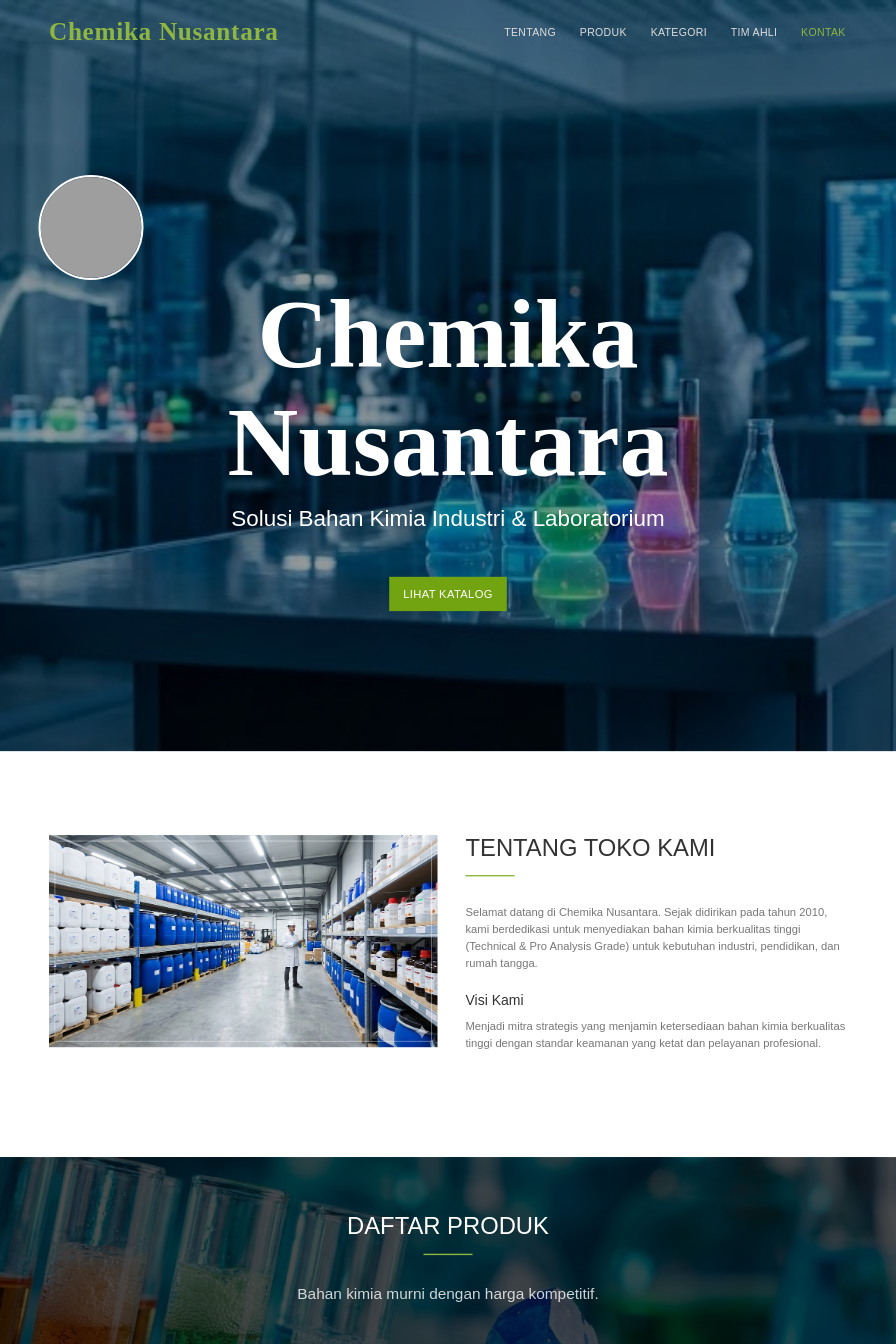
Repository: fzan-ghlii/mystore
Page: index.html
These files come from the project's save history. The page is drawn as it stood at one moment and after a run of saves; the edit follows.
The browser window is 1280 px wide. The pictures show the part of the page from y = 0 to 1920 px (the page is 5593 px tall before and 5120 px after), at 70% of full size.
Pictures or frames that could not be fetched are drawn as grey boxes. A picture or video elsewhere on the page could not be fetched, so the positions and the page height are approximate. Backgrounds fixed to the window are drawn as part of the page. Some web fonts or font styles are not loaded; a fallback is used.

Above is the page before, as saved 2025-11-26 10:43:07.
Console error: ReferenceError: refresh is not defined

### index.html
<!DOCTYPE html>
<html lang="en">
<head>
<meta charset="utf-8">
<meta name="viewport" content="width=device-width, initial-scale=1">
<title>Chemika Nusantara</title>
<meta name="description" content="Toko Bahan Kimia Terlengkap">
<meta name="author" content="">

<!-- Favicons
    ================================================== -->
<link rel="shortcut icon" href="img/favicon.ico" type="image/x-icon">
<link rel="apple-touch-icon" href="img/apple-touch-icon.png">
<link rel="apple-touch-icon" sizes="72x72" href="img/apple-touch-icon-72x72.png">
<link rel="apple-touch-icon" sizes="114x114" href="img/apple-touch-icon-114x114.png">

<!-- Bootstrap -->
<link rel="stylesheet" type="text/css"  href="css/bootstrap.css">
<link rel="stylesheet" type="text/css" href="fonts/font-awesome/css/font-awesome.css">

<!-- Stylesheet
    ================================================== -->
<link rel="stylesheet" type="text/css"  href="css/style.css">
<link rel="stylesheet" type="text/css" href="css/nivo-lightbox/nivo-lightbox.css">
<link rel="stylesheet" type="text/css" href="css/nivo-lightbox/default.css">
<link href="https://fonts.googleapis.com/css?family=Raleway:300,400,500,600,700" rel="stylesheet">
<link href="https://fonts.googleapis.com/css?family=Open+Sans:300,400,600,700" rel="stylesheet">
<link href="https://fonts.googleapis.com/css?family=Dancing+Script:400,700" rel="stylesheet">

<!-- HTML5 shim and Respond.js for IE8 support of HTML5 elements and media queries -->
<!-- WARNING: Respond.js doesn't work if you view the page via file:// -->
<!--[if lt IE 9]>
      <script src="https://oss.maxcdn.com/html5shiv/3.7.2/html5shiv.min.js"></script>
      <script src="https://oss.maxcdn.com/respond/1.4.2/respond.min.js"></script>
    <![endif]-->
</head>
<body id="page-top" data-spy="scroll" data-target=".navbar-fixed-top">
<!-- Navigation
    ==========================================-->
<nav id="menu" class="navbar navbar-default navbar-fixed-top">
  <div class="container">
    <!-- Brand and toggle get grouped for better mobile display -->
    <div class="navbar-header">
      <button type="button" class="navbar-toggle collapsed" data-toggle="collapse" data-target="#bs-example-navbar-collapse-1"> <span class="sr-only">Toggle navigation</span> <span class="icon-bar"></span> <span class="icon-bar"></span> <span class="icon-bar"></span> </button>
      <a class="navbar-brand page-scroll" href="#page-top">Chemika Nusantara</a> </div>

    <!-- Collect the nav links, forms, and other content for toggling -->
    <div class="collapse navbar-collapse" id="bs-example-navbar-collapse-1">
      <ul class="nav navbar-nav navbar-right">
        <li><a href="#about" class="page-scroll">Tentang</a></li>
        <li><a href="#restaurant-menu" class="page-scroll">Produk</a></li>
        <li><a href="#portfolio" class="page-scroll">Kategori</a></li>
        <li><a href="#team" class="page-scroll">Tim Ahli</a></li>
        <li><a href="#contact" class="page-scroll">Kontak</a></li>
      </ul>
    </div>
    <!-- /.navbar-collapse -->
  </div>
</nav>
<!-- Header -->
<header id="header">
  <div class="intro">
    <div class="overlay">
      <div class="container">
        <div class="row">
          <div class="intro-text">
            <img src="img/logo.png"
                alt="Logo Chemika Nusantara"
                style="width: 150px;
            height: 150px;
            border-radius: 50%;
            object-fit: cover;
            border: 3px solid #fff;
            display: block;
            margin: 0 auto 20px auto;">
            <h1>Chemika Nusantara</h1>
            <p>Solusi Bahan Kimia Industri & Laboratorium</p>
            <a href="#restaurant-menu" class="btn btn-custom btn-lg page-scroll">Lihat Katalog</a> </div>
        </div>
      </div>
    </div>
  </div>
</header>
<!-- About Section -->
<div id="about">
  <div class="container">
    <div class="row">
      <div class="col-xs-12 col-md-6 ">
        <div class="about-img"><img src="img/about.jpg" class="img-responsive" alt=""></div>
      </div>
      <div class="col-xs-12 col-md-6">
        <div class="about-text">
          <h2>Tentang Toko Kami</h2>
          <hr>
          <p>Selamat datang di Chemika Nusantara. Sejak didirikan pada tahun 2010, kami berdedikasi untuk menyediakan bahan kimia berkualitas tinggi (Technical & Pro Analysis Grade) untuk kebutuhan industri, pendidikan, dan rumah tangga.</p>
          <h3>Visi Kami</h3>
          <p>Menjadi mitra strategis yang menjamin ketersediaan bahan kimia berkualitas tinggi dengan standar keamanan yang ketat dan pelayanan profesional.</p>
        </div>
      </div>
    </div>
  </div>
</div>
<!-- Restaurant Menu Section -->
<div id="restaurant-menu">
  <div class="section-title text-center center">
    <div class="overlay">
      <h2>Daftar Produk</h2>
      <hr>
      <p>Bahan kimia murni dengan harga kompetitif.</p>
    </div>
  </div>
  <div class="container">
    <div class="row">
      <div class="col-xs-12 col-sm-6">
        <div class="menu-section">
          <h2 class="menu-section-title">Bahan Cair</h2>
          <hr>
          <div class="menu-item">
            <div class="menu-item-name"> Alkohol 96% (Etanol) </div>
            <div class="menu-item-price"> Rp 45.000 </div>
            <div class="menu-item-description"> Food grade, cocok untuk antiseptik, pelarut parfum, dan ekstraksi. </div>
          </div>
          <div class="menu-item">
            <div class="menu-item-name"> Aquadest (Air Murni) </div>
            <div class="menu-item-price"> Rp 10.000 </div>
            <div class="menu-item-description"> Air distilasi bebas mineral untuk pelarut laboratorium dan air aki. </div>
          </div>
          <div class="menu-item">
            <div class="menu-item-name"> Hidrogen Peroksida </div>
            <div class="menu-item-price"> Rp 30.000 </div>
            <div class="menu-item-description"> H2O2 50%. Pemutih kuat dan disinfektan industri. </div>
          </div>
          <div class="menu-item">
            <div class="menu-item-name"> Asam Sulfat (H2SO4) </div>
            <div class="menu-item-price"> Rp 35.000 </div>
            <div class="menu-item-description"> Air keras teknis untuk kebutuhan industri dan pembersih logam. </div>
          </div>
        </div>
      </div>
      <div class="col-xs-12 col-sm-6">
        <div class="menu-section">
          <h2 class="menu-section-title">Bahan Padat</h2>
          <hr>
          <div class="menu-item">
            <div class="menu-item-name"> Soda Api (NaOH) </div>
            <div class="menu-item-price"> Rp 25.000 </div>
            <div class="menu-item-description"> Bentuk serpih (flake). Efektif untuk saluran mampet dan pembuatan sabun. </div>
          </div>
          <div class="menu-item">
            <div class="menu-item-name"> Texapon N70 </div>
            <div class="menu-item-price"> Rp 28.000 </div>
            <div class="menu-item-description"> Gel surfaktan pembusa utama untuk pembuatan sabun cuci piring/shampo. </div>
          </div>
          <div class="menu-item">
            <div class="menu-item-name"> Kaporit Tablet </div>
            <div class="menu-item-price"> Rp 35.000 </div>
            <div class="menu-item-description"> Kalsium Hipoklorit untuk penjernih air kolam renang dan desinfektan. </div>
          </div>
          <div class="menu-item">
            <div class="menu-item-name"> Citric Acid (Sitrun) </div>
            <div class="menu-item-price"> Rp 18.000 </div>
            <div class="menu-item-description"> Food grade. Pengatur keasaman makanan dan pembersih kerak. </div>
          </div>
        </div>
      </div>
    </div>
  </div>
</div>
<!-- Portfolio Section -->
<div id="portfolio">
  <div class="section-title text-center center">
    <div class="overlay">
      <h2>Klasifikasi Bahan</h2>
      <hr>
      <p>Telusuri produk berdasarkan kegunaan dan jenisnya.</p>
    </div>
  </div>
  <div class="container">
    <div class="row">
      <div class="categories">
        <ul class="cat">
          <li>
            <ol class="type">
              <!-- PERHATIAN: Class data-filter (breakfast, lunch, dinner) TIDAK SAYA UBAH -->
              <!-- Agar javascript tetap jalan. Tapi Teks Tampilannya saya ganti sesuai Chemika -->
              <li><a href="#" data-filter="*" class="active">Semua</a></li>
              <li><a href="#" data-filter=".breakfast">Industri</a></li>
              <li><a href="#" data-filter=".lunch">Laboratorium</a></li>
              <li><a href="#" data-filter=".dinner">Rumah Tangga</a></li>
            </ol>
          </li>
        </ul>
        <div class="clearfix"></div>
      </div>
    </div>
    <div class="row">
      <div class="portfolio-items">
        <!-- Item Group 1: Breakfast = Industri -->
        <div class="col-sm-6 col-md-4 col-lg-4 breakfast">
          <div class="portfolio-item">
            <div class="hover-bg"> <a href="img/portfolio/pupuk.jpg" title="Pupuk & Pertanian" data-lightbox-gallery="gallery1">
              <div class="hover-text">
                <h4>Pertanian</h4>
              </div>
              <img src="img/portfolio/pupuk.jpg" class="img-responsive" alt="Project Title"> </a> </div>
          </div>
        </div>
        <!-- Item Group 2: Dinner = Rumah Tangga -->
        <div class="col-sm-6 col-md-4 col-lg-4 dinner">
          <div class="portfolio-item">
            <div class="hover-bg"> <a href="img/portfolio/cairan.jpg" title="Pembersih Lantai" data-lightbox-gallery="gallery1">
              <div class="hover-text">
                <h4>Pembersih</h4>
              </div>
              <img src="img/portfolio/cairan.jpg" class="img-responsive" alt="Project Title"> </a> </div>
          </div>
        </div>
        <!-- Item Group 3: Breakfast = Industri -->
        <div class="col-sm-6 col-md-4 col-lg-4 breakfast">
          <div class="portfolio-item">
            <div class="hover-bg"> <a href="img/portfolio/pac.jpg" title="Water Treatment (PAC)" data-lightbox-gallery="gallery1">
              <div class="hover-text">
                <h4>Limbah</h4>
              </div>
              <img src="img/portfolio/pac.jpg" class="img-responsive" alt="Project Title"> </a> </div>
          </div>
        </div>
        <!-- Item Group 4: Lunch = Laboratorium -->
        <div class="col-sm-6 col-md-4 col-lg-4 lunch">
          <div class="portfolio-item">
            <div class="hover-bg"> <a href="img/portfolio/botol.jpg" title="Reagen Analisis" data-lightbox-gallery="gallery1">
              <div class="hover-text">
                <h4>Reagen Kimia</h4>
              </div>
              <img src="img/portfolio/botol.jpg" class="img-responsive" alt="Project Title"> </a> </div>
          </div>
        </div>
        <!-- Item Group 5: Dinner = Rumah Tangga -->
        <div class="col-sm-6 col-md-4 col-lg-4 dinner">
          <div class="portfolio-item">
            <div class="hover-bg"> <a href="img/portfolio/parfum.jpg" title="Bibit Parfum" data-lightbox-gallery="gallery1">
              <div class="hover-text">
                <h4>Parfum</h4>
              </div>
              <img src="img/portfolio/parfum.jpg" class="img-responsive" alt="Project Title"> </a> </div>
          </div>
        </div>
        <!-- Item Group 6: Lunch = Laboratorium -->
        <div class="col-sm-6 col-md-4 col-lg-4 lunch">
          <div class="portfolio-item">
            <div class="hover-bg"> <a href="img/portfolio/lab.jpg" title="Gelas Ukur & Tabung" data-lightbox-gallery="gallery1">
              <div class="hover-text">
                <h4>Alat Gelas</h4>
              </div>
              <img src="img/portfolio/lab.jpg" class="img-responsive" alt="Project Title"> </a> </div>
          </div>
        </div>
        <!-- Item Group 7: Lunch = Laboratorium -->
        <div class="col-sm-6 col-md-4 col-lg-4 lunch">
          <div class="portfolio-item">
            <div class="hover-bg"> <a href="img/portfolio/07-large.jpg" title="Mikroskop" data-lightbox-gallery="gallery1">
              <div class="hover-text">
                <h4>Alat Optik</h4>
              </div>
              <img src="img/portfolio/07-small.jpg" class="img-responsive" alt="Project Title"> </a> </div>
          </div>
        </div>
        <!-- Item Group 8: Breakfast = Industri -->
        <div class="col-sm-6 col-md-4 col-lg-4 breakfast">
          <div class="portfolio-item">
            <div class="hover-bg"> <a href="img/portfolio/08-large.jpg" title="Pelapis Logam" data-lightbox-gallery="gallery1">
              <div class="hover-text">
                <h4>Logam</h4>
              </div>
              <img src="img/portfolio/08-small.jpg" class="img-responsive" alt="Project Title"> </a> </div>
          </div>
        </div>
        <!-- Item Group 9: Dinner = Rumah Tangga -->
        <div class="col-sm-6 col-md-4 col-lg-4 dinner">
          <div class="portfolio-item">
            <div class="hover-bg"> <a href="img/portfolio/09-large.jpg" title="Deterjen Cair" data-lightbox-gallery="gallery1">
              <div class="hover-text">
                <h4>Sabun</h4>
              </div>
              <img src="img/portfolio/09-small.jpg" class="img-responsive" alt="Project Title"> </a> </div>
          </div>
        </div>
      </div>
    </div>
  </div>
</div>
<!-- Team Section -->
<div id="team" class="text-center">
  <div class="overlay">
    <div class="container">
      <div class="col-md-10 col-md-offset-1 section-title">
        <h2>Tim Ahli Kami</h2>
        <hr>
        <p>Didukung oleh tenaga profesional di bidang kimia dan farmasi.</p>
      </div>
      <div id="row">
        <div class="col-md-4 team">
          <div class="thumbnail">
            <div class="team-img"><img src="img/team/01.jpg" alt="..."></div>
            <div class="caption">
              <h3>Dr. Hendra</h3>
              <p>Kepala Laboratorium</p>
            </div>
          </div>
        </div>
        <div class="col-md-4 team">
          <div class="thumbnail">
            <div class="team-img"><img src="img/team/02.jpg" alt="..."></div>
            <div class="caption">
              <h3>Siti Aminah, Apt</h3>
              <p>Apoteker</p>
            </div>
          </div>
        </div>
        <div class="col-md-4 team">
          <div class="thumbnail">
            <div class="team-img"><img src="img/team/03.jpg" alt="..."></div>
            <div class="caption">
              <h3>Budi Santoso</h3>
              <p>Konsultan Industri</p>
            </div>
          </div>
        </div>
      </div>
    </div>
  </div>
</div>
<!-- Call Reservation Section -->
<div id="call-reservation" class="text-center">
  <div class="container">
    <h2>Butuh Penawaran Khusus?</h2>
    <p>Hubungi kami untuk pembelian partai besar (Grosir/Drum)</p>
  </div>
</div>
<!-- Contact Section -->
<div id="contact">
  <div class="container">
    <div class="col-md-8">
      <h3>Kirim Pesan</h3>
      <form name="sentMessage" id="contactForm" novalidate>
        <div class="row">
          <div class="col-md-6">
            <div class="form-group">
              <input type="text" id="name" class="form-control" placeholder="Nama" required="required">
              <p class="help-block text-danger"></p>
            </div>
          </div>
          <div class="col-md-6">
            <div class="form-group">
              <input type="email" id="email" class="form-control" placeholder="Email" required="required">
              <p class="help-block text-danger"></p>
            </div>
          </div>
        </div>
        <div class="form-group">
          <textarea name="message" id="message" class="form-control" rows="4" placeholder="Tulis kebutuhan bahan kimia Anda disini..." required></textarea>
          <p class="help-block text-danger"></p>
        </div>
        <div id="success"></div>
        <button type="submit" class="btn btn-custom btn-lg">Kirim Pesan</button>
      </form>
    </div>
    <div class="col-md-4">
      <h3>Jam Operasional</h3>
      <div class="contact-item">
        <p>Senin-Jumat: 08:00 - 17:00</p>
        <p>Sabtu: 08:00 - 14:00</p>
      </div>
    </div>
    <div class="col-md-4">
      <h3>Info Kontak</h3>
      <div class="contact-item">
        <p>Telepon: +62 21 555 1234</p>
        <p>Email: sales@chemikanusantara.com</p>
      </div>
    </div>
  </div>
  <div class="container-fluid text-center copyrights">
    <div class="col-md-8 col-md-offset-2">
      <div class="social">
        <ul>
          <li><a href="#"><i class="fa fa-facebook"></i></a></li>
          <li><a href="#"><i class="fa fa-instagram"></i></a></li>
          <li><a href="#"><i class="fa fa-whatsapp"></i></a></li>
        </ul>
      </div>
      <p>&copy; 2024 Chemika Nusantara. All rights reserved.</p>
    </div>
  </div>
</div>
<script type="text/javascript" src="js/jquery.1.11.1.js"></script>
<script type="text/javascript" src="js/bootstrap.js"></script>
<script type="text/javascript" src="js/SmoothScroll.js"></script>
<script type="text/javascript" src="js/nivo-lightbox.js"></script>
<script type="text/javascript" src="js/jquery.isotope.js"></script>
<script type="text/javascript" src="js/jqBootstrapValidation.js"></script>
<script type="text/javascript" src="js/contact_me.js"></script>
<script type="text/javascript" src="js/main.js"></script>
</body>
</html>

### css/nivo-lightbox/default.css
/*
 * Nivo Lightbox Default Theme v1.0
 * http://dev7studios.com/nivo-lightbox
 *
 * Copyright 2013, Dev7studios
 * Free to use and abuse under the MIT license.
 * http://www.opensource.org/licenses/mit-license.php
 */

 .nivo-lightbox-theme-default * {
    -webkit-box-sizing: initial !important;
    -moz-box-sizing: initial !important;
    box-sizing: initial !important;
 }
.nivo-lightbox-theme-default.nivo-lightbox-overlay {
	background: #666;
	background: rgba(0,0,0,0.6);
}
.nivo-lightbox-theme-default .nivo-lightbox-content.nivo-lightbox-loading { background: url(loading.gif) no-repeat 50% 50%; }

.nivo-lightbox-theme-default .nivo-lightbox-nav {
	top: 10%;
	width: 8%;
	height: 80%;
	text-indent: -9999px;
	background-repeat: no-repeat;
	background-position: 50% 50%;
	opacity: 0.5;
}
.nivo-lightbox-theme-default .nivo-lightbox-nav:hover {
	opacity: 1;
	background-color: transparent;
}
.nivo-lightbox-theme-default .nivo-lightbox-prev {
	background-image: url(prev.png);
	border-radius: 0 3px 3px 0;
}
.nivo-lightbox-theme-default .nivo-lightbox-next {
	background-image: url(next.png);
	border-radius: 3px 0 0 3px;
}

.nivo-lightbox-theme-default .nivo-lightbox-close {
	display: block;
	background: url(close.png) no-repeat 5px 5px;
	width: 16px;
	height: 16px;
	text-indent: -9999px;
	padding: 5px;
	opacity: 0.5;
}
.nivo-lightbox-theme-default .nivo-lightbox-close:hover { opacity: 1; }

.nivo-lightbox-theme-default .nivo-lightbox-title-wrap { bottom: -7%; }
.nivo-lightbox-theme-default .nivo-lightbox-title {
	font: 14px/20px 'Helvetica Neue', Helvetica, Arial, sans-serif;
	font-style: normal;
	font-weight: normal;
	background: #000;
	color: #fff;
	padding: 7px 15px;
	border-radius: 30px;
}

.nivo-lightbox-theme-default .nivo-lightbox-image img {
	background: #fff;
	-webkit-box-shadow: 0px 1px 1px rgba(0,0,0,0.4);
	   -moz-box-shadow: 0px 1px 1px rgba(0,0,0,0.4);
	        box-shadow: 0px 1px 1px rgba(0,0,0,0.4);
}
.nivo-lightbox-theme-default .nivo-lightbox-ajax,
.nivo-lightbox-theme-default .nivo-lightbox-inline {
	background: #fff;
	padding: 40px;
	-webkit-box-shadow: 0px 1px 1px rgba(0,0,0,0.4);
	   -moz-box-shadow: 0px 1px 1px rgba(0,0,0,0.4);
	        box-shadow: 0px 1px 1px rgba(0,0,0,0.4);
}

@media (-webkit-min-device-pixel-ratio: 1.3),
       (-o-min-device-pixel-ratio: 2.6/2),
       (min--moz-device-pixel-ratio: 1.3),
       (min-device-pixel-ratio: 1.3),
       (min-resolution: 1.3dppx) {

	.nivo-lightbox-theme-default .nivo-lightbox-content.nivo-lightbox-loading {
		background-image: url(loading@2x.gif);
		background-size: 32px 32px;
	}
	.nivo-lightbox-theme-default .nivo-lightbox-prev {
		background-image: url(prev@2x.png);
		background-size: 48px 48px;
	}
	.nivo-lightbox-theme-default .nivo-lightbox-next {
		background-image: url(next@2x.png);
		background-size: 48px 48px;
	}
	.nivo-lightbox-theme-default .nivo-lightbox-close {
		background-image: url(close@2x.png);
		background-size: 16px 16px;
	}

}

Loaded but not shown: css/bootstrap.css (library); fonts/font-awesome/css/font-awesome.css (library); js/jquery.1.11.1.js (library); js/bootstrap.js (library); js/jquery.isotope.js (library); js/jqBootstrapValidation.js (912 lines, source omitted); js/nivo-lightbox.js (393 lines, source omitted); js/SmoothScroll.js (523 lines, source omitted); js/contact_me.js (68 lines, source omitted); js/main.js (82 lines, source omitted); css/style.css (635 lines, source omitted); css/nivo-lightbox/nivo-lightbox.css (205 lines, source omitted)

After the next 14 saves:
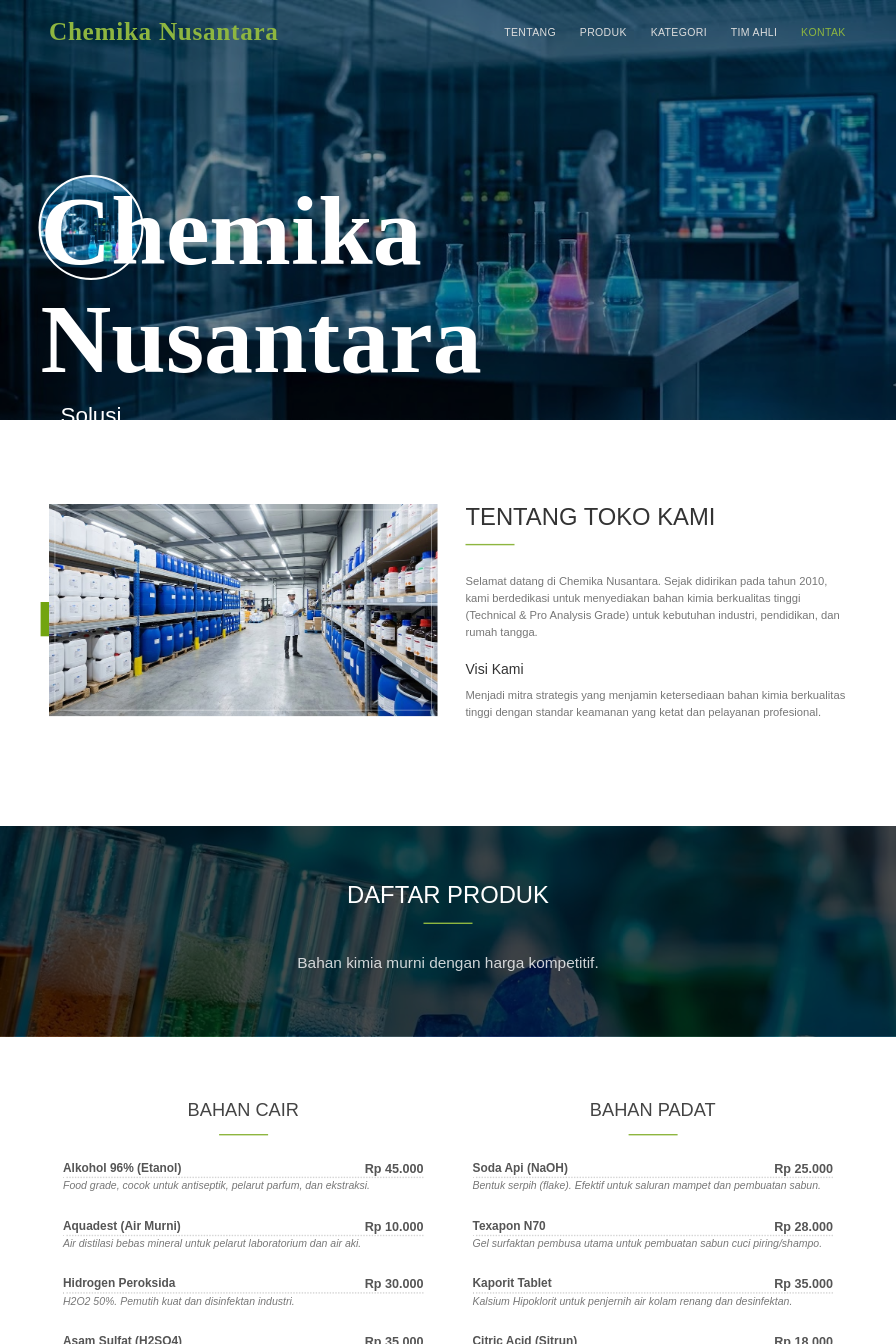
The 14 saves are shown as one change because they came seconds apart.
The last was saved 3 min 39 s later.
--- a/index.html
+++ b/index.html
@@ -64,6 +64,8 @@
       <div class="container">
         <div class="row">
           <div class="intro-text">
+
+            <div class="intro"
             <img src="img/logo.png"
                 alt="Logo Chemika Nusantara"
                 style="width: 150px;
